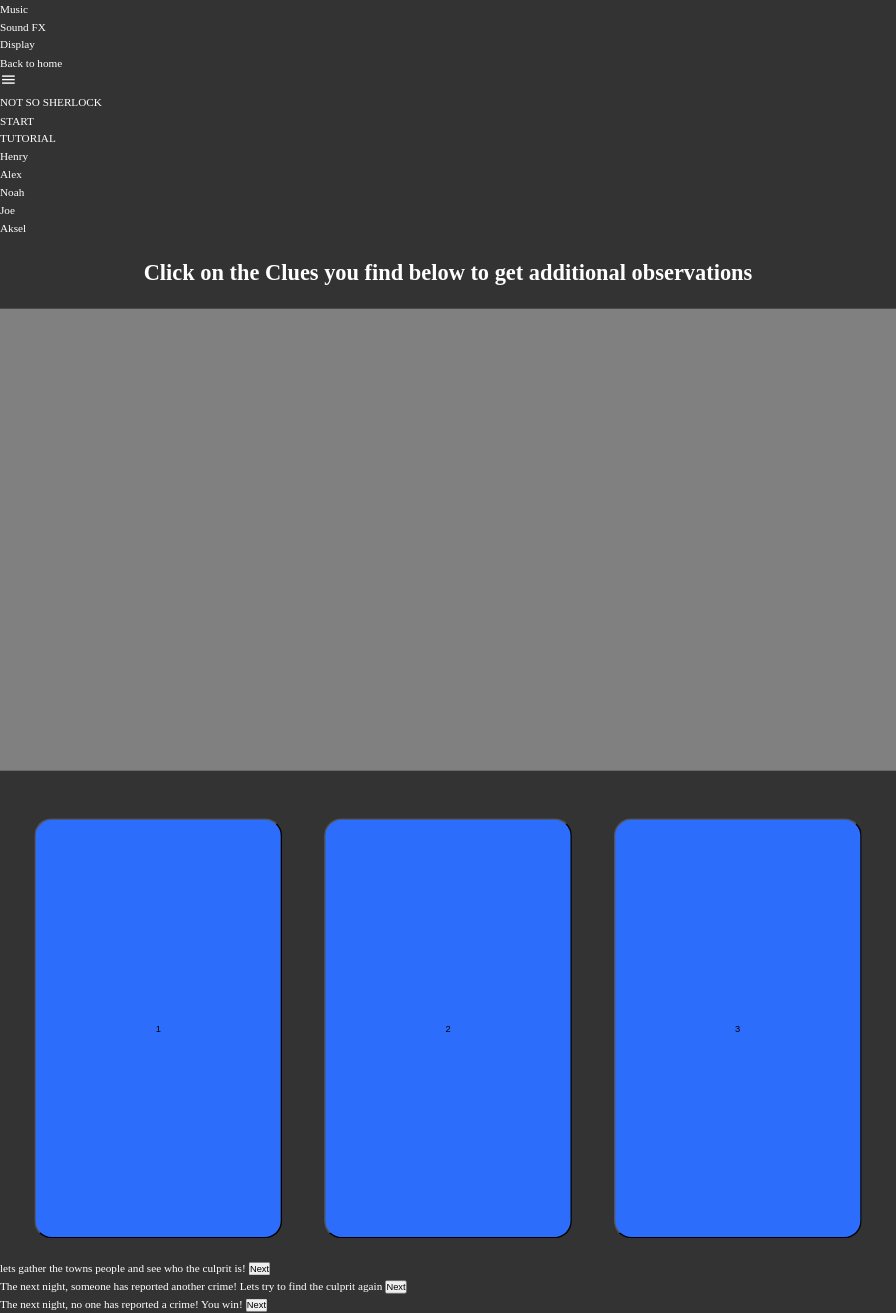
Repository: nguyenlejoe/Dynamic_notSoSherlock
Page: index.html
These files come from the project's save history. The page is drawn as it stood at one moment and after the next save; the edit follows.
The browser window is 1280 px wide. The pictures show the whole page, at 70% of full size.

Above is the page before, as saved 2020-03-20 14:27:08.

After the next save:
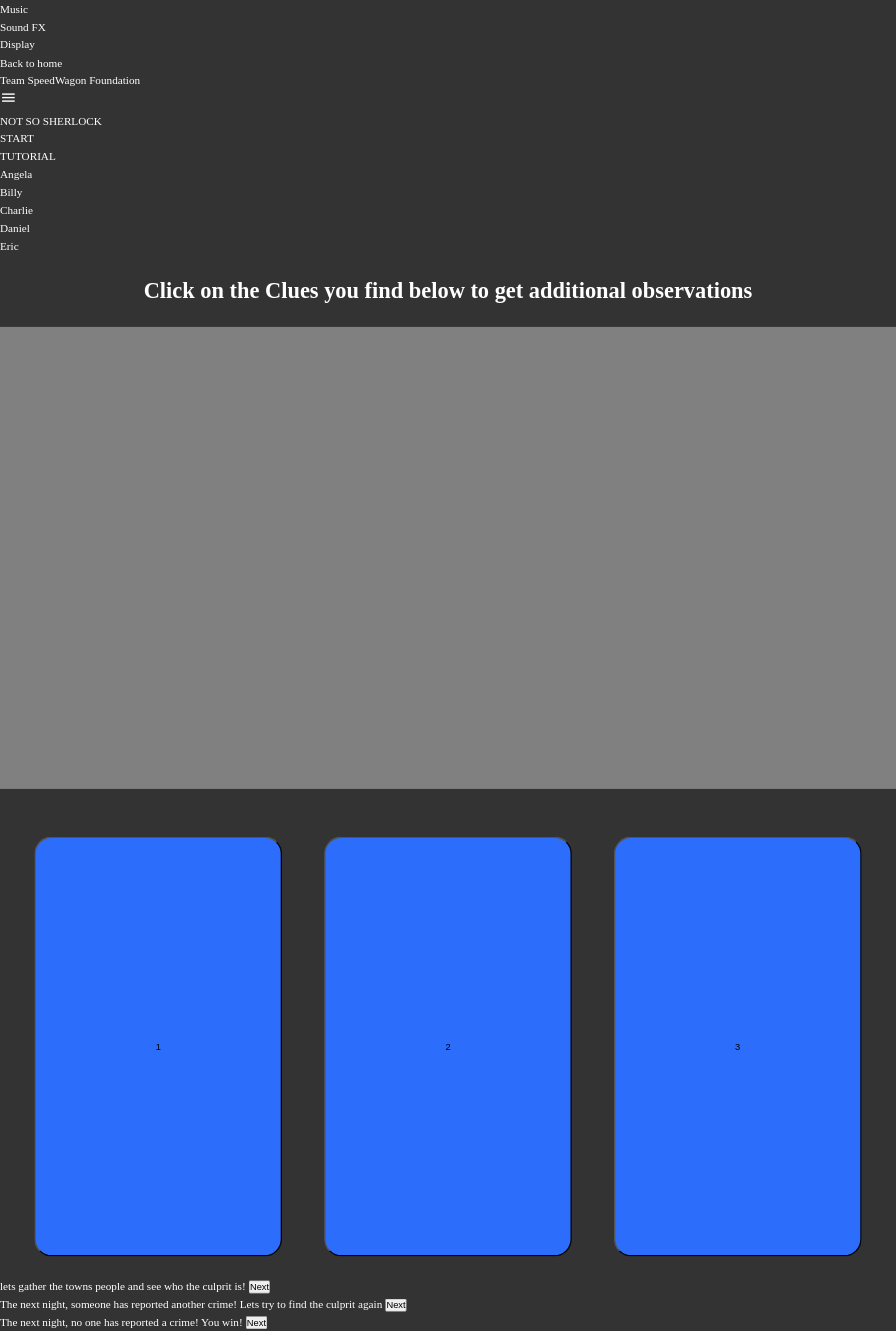
Saved 29 min 53 s later.
--- a/index.html
+++ b/index.html
@@ -19,11 +19,11 @@
         <div class="menuItems">Sound FX</div>
         <div class="menuItems">Display</div>
         <div class="menuItems" onclick="pageSlide('townPage', 'startingPage')">Back to home</a></div>
+        <p>Team SpeedWagon Foundation</p>
     </div>
       <!-- STARTING PAGE -->
-      <div id="menuButton" onclick="hamButton()"><i class="material-icons">
-        menu
-        </i></div>
+      <div id="menuButton" class="material-icons" onclick="hamButton()">menu</div>
+
       <div id="startingPage" class="pages">
         <div id="title">
           <p>NOT SO SHERLOCK</p>
@@ -46,11 +46,11 @@
       <!-- TOWN PAGE -->
       <div id="townPage" class="pages">
         <div id="town">
-          <div class="house" onclick="checkCrimeHouse(1)">Henry</div>
-          <div class="house" onclick="checkCrimeHouse(2)">Alex</div>
-          <div class="house" onclick="checkCrimeHouse(3)">Noah</div>
-          <div class="house" onclick="checkCrimeHouse(4)">Joe</div>
-          <div class="house" onclick="checkCrimeHouse(5)">Aksel</div>
+          <div class="house" onclick="checkCrimeHouse(1)">Angela</div>
+          <div class="house" onclick="checkCrimeHouse(2)">Billy</div>
+          <div class="house" onclick="checkCrimeHouse(3)">Charlie</div>
+          <div class="house" onclick="checkCrimeHouse(4)">Daniel</div>
+          <div class="house" onclick="checkCrimeHouse(5)">Eric</div>
         </div>
       </div>
 

After the 5 saves that followed:
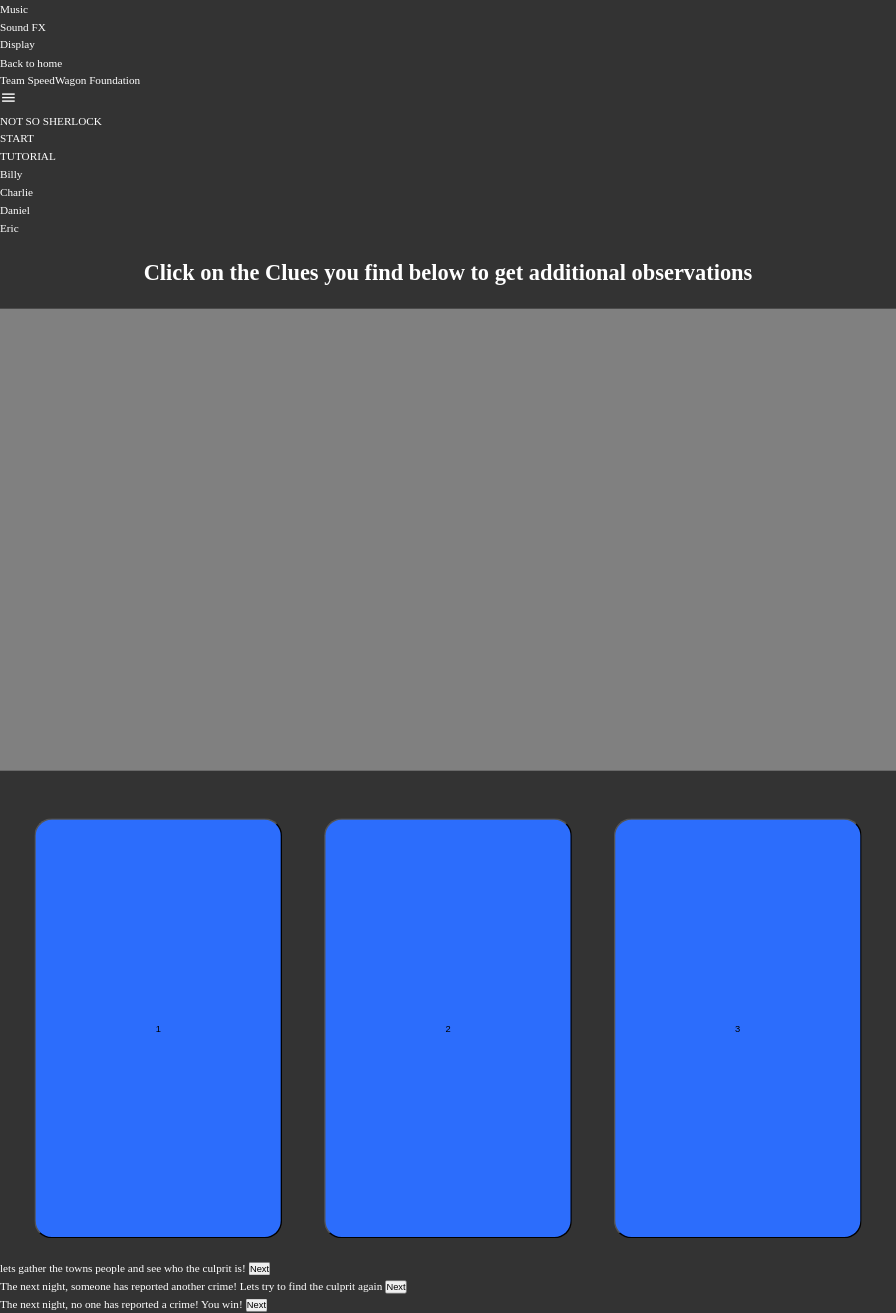
The 5 saves are shown as one change because 4 left the picture as it was.
The last was saved 6 min 47 s later.
--- a/index.html
+++ b/index.html
@@ -46,11 +46,11 @@
       <!-- TOWN PAGE -->
       <div id="townPage" class="pages">
         <div id="town">
-          <div class="house" onclick="checkCrimeHouse(1)">Angela</div>
-          <div class="house" onclick="checkCrimeHouse(2)">Billy</div>
-          <div class="house" onclick="checkCrimeHouse(3)">Charlie</div>
-          <div class="house" onclick="checkCrimeHouse(4)">Daniel</div>
-          <div class="house" onclick="checkCrimeHouse(5)">Eric</div>
+          <div class="house" id="houseA" onclick="checkCrimeHouse(1)">Angela</div>
+          <div class="house" id="houseB" onclick="checkCrimeHouse(2)">Billy</div>
+          <div class="house" id="houseC" onclick="checkCrimeHouse(3)">Charlie</div>
+          <div class="house" id="houseD" onclick="checkCrimeHouse(4)">Daniel</div>
+          <div class="house" id="houseE" onclick="checkCrimeHouse(5)">Eric</div>
         </div>
       </div>
 
--- a/Joe_ObjectGen/objectPage.js
+++ b/Joe_ObjectGen/objectPage.js
@@ -260,7 +260,7 @@
     {
       owner: "Angela Anger",
       innerImg: "",
-      imgFile: "./Assets/outerHouses/House-01.svg"
+      imgFile: "<img scr='./Assets/outerHouses/House-01.svg'"
     },
     {
       owner: "Billy Bad",
--- a/app.js
+++ b/app.js
@@ -11,3 +11,8 @@
         hamStatus = false;
     }
 }
+
+function displayHouses(){
+    document.querySelector("#houseA").innerHTML = town.houses[0].imgFile;
+}
+displayHouses();
